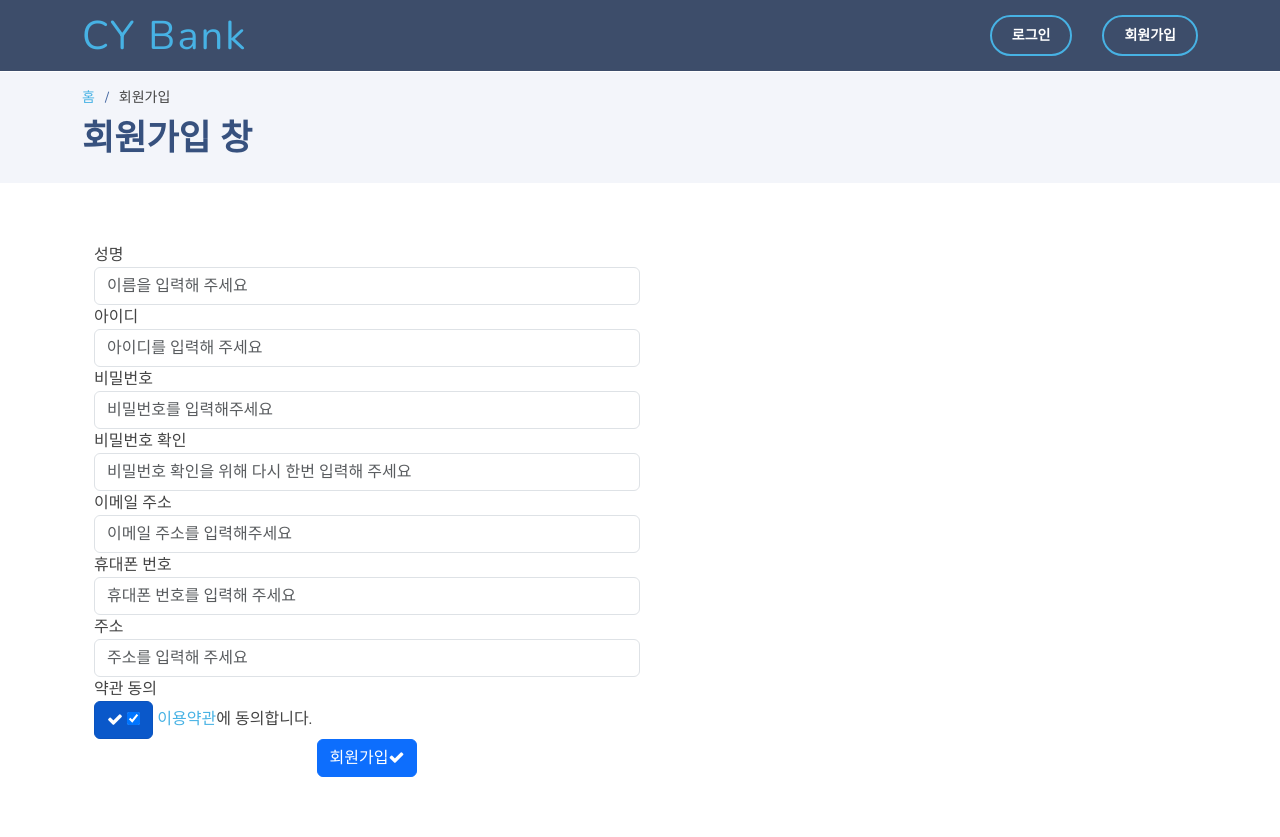
Repository: scy0814/Spring
Page: http://localhost/CYBank/jsp/login/SignUp.jsp
The author's editor kept a copy of each file at every save. The page is drawn from the files as they stood at one save, then again after the next save.
The browser window is 1280 px wide. The pictures show the whole page.
Some web libraries are served in a nearby version. The page is served by Tomcat 9. Other server files are loaded and not shown.

Above is the page before, as saved 2023-07-02 02:01:51.

### CYBank/src/main/webapp/jsp/login/SignUp.jsp
<%@ page language="java" contentType="text/html; charset=UTF-8" pageEncoding="UTF-8"%>
<!DOCTYPE html>
<html lang="en">
<head>
    <meta charset="utf-8">
    <meta http-equiv="X-UA-Compatible" content="IE=edge">
    <meta name="viewport" content="width=device-width, initial-scale=1">
    <title>회원가입</title>
    <!-- Bootstrap -->
    <link href="../plugin/bootstrap/css/bootstrap.min.css" rel="stylesheet">
    <!-- font awesome -->
    <link href="//netdna.bootstrapcdn.com/font-awesome/4.0.3/css/font-awesome.css" rel="stylesheet">
    <!-- Custom style -->
    <link rel="stylesheet" href="../plugin/bootstrap/css/style.css" media="screen" title="no title" charset="utf-8">

    <!-- HTML5 shim and Respond.js for IE8 support of HTML5 elements and media queries -->
    <!-- WARNING: Respond.js doesn't work if you view the page via file:// -->
    <!--[if lt IE 9]>
    <script src="https://oss.maxcdn.com/html5shiv/3.7.2/html5shiv.min.js"></script>
    <script src="https://oss.maxcdn.com/respond/1.4.2/respond.min.js"></script>
    <![endif]-->
    <!-- jQuery (necessary for Bootstrap's JavaScript plugins) -->
    <script src="https://ajax.googleapis.com/ajax/libs/jquery/1.11.3/jquery.min.js"></script>
    <!-- Include all compiled plugins (below), or include individual files as needed -->
    <script src="../plugin/bootstrap/js/bootstrap.min.js"></script>
</head>
<header>
    <jsp:include page="/jsp/include/header.jsp" />
</header>
<body>
<section id="breadcrumbs" class="breadcrumbs">
    <div class="container">
        <ol>
            <li><a href="/index.jsp">홈</a></li>
            <li>회원가입</li>
        </ol>
        <h2 style="font-size: 35px;">회원가입 창</h2>
    </div>
</section><!-- End Breadcrumbs -->
<section class="inner-page">
    <div class="container">
        <article class="container">
            <div class="page-header">
            </div>
            <div class="col-sm-6 col-md-offset-3">
                <form role="form" action="${pageContext.request.contextPath }/SignUpProcess.do" method="post" >
                    <div class="form-group">
                        <label for="inputName">성명</label>
                        <input type="text" class="form-control" id="inputName" name="name" placeholder="이름을 입력해 주세요">
                    </div>
                    <div class="form-group">
                        <label for="inputId">아이디</label>
                        <input type="text" class="form-control" id="inputId" name="id" placeholder="아이디를 입력해 주세요">
                    </div>
                    <div class="form-group">
                        <label for="inputPassword">비밀번호</label>
                        <input type="password" class="form-control" id="inputPassword" name="password" placeholder="비밀번호를 입력해주세요">
                    </div>
                    <div class="form-group">
                        <label for="inputPasswordCheck">비밀번호 확인</label>
                        <input type="password" class="form-control" id="inputPasswordCheck" name="password2" placeholder="비밀번호 확인을 위해 다시 한번 입력해 주세요">
                    </div>
                    <div class="form-group">
                        <label for="InputEmail">이메일 주소</label>
                        <input type="email" class="form-control" id="InputEmail" name="email" placeholder="이메일 주소를 입력해주세요">
                    </div>
                    <div class="form-group">
                        <label for="inputMobile">휴대폰 번호</label>
                        <input type="tel" class="form-control" id="inputMobile" name="phoneNo" placeholder="휴대폰 번호를 입력해 주세요">
                    </div>
                    <div class="form-group">
                        <label for="inputtelNO">주소</label>
                        <input type="tel" class="form-control" id="inputtelNO" name="address" placeholder="주소를 입력해 주세요">
                    </div>

                    <div class="form-group">
                        <label>약관 동의</label>
                        <div data-toggle="buttons">
                            <label class="btn btn-primary active">
                                <span class="fa fa-check"></span>
                                <input id="agree" type="checkbox" autocomplete="off" checked>
                            </label>
                            <a href="#">이용약관</a>에 동의합니다.
                        </div>
                    </div>

                    <div class="form-group text-center">
                        <button type="submit" id="join-submit" class="btn btn-primary">
                            회원가입<i class="fa fa-check spaceLeft"></i>
                        </button>
                    </div>
                </form>
            </div>
        </article>
    </div>
</section>
</body>
</html>

### CYBank/src/main/webapp/jsp/include/header.jsp
<%@ page language="java" contentType="text/html; charset=UTF-8"
    pageEncoding="UTF-8"%>
    <%@ taglib prefix="c" uri="http://java.sun.com/jsp/jstl/core"%>
<!DOCTYPE html>
<html>
<head>
<meta charset="UTF-8">
 <!-- Favicons -->
  <link href="assets/img/favicon.png" rel="icon">
  <link href="assets/img/apple-touch-icon.png" rel="apple-touch-icon">


  <!-- Google Fonts -->
  <link href="https://fonts.googleapis.com/css?family=Open+Sans:300,300i,400,400i,600,600i,700,700i|Nunito:300,300i,400,400i,600,600i,700,700i|Poppins:300,300i,400,400i,500,500i,600,600i,700,700i" rel="stylesheet">

  <!-- Vendor CSS Files -->
  <link href="/CYBank/css/vendor/aos/aos.css" rel="stylesheet">
  <link href="/CYBank/css/vendor/bootstrap/css/bootstrap.min.css" rel="stylesheet">
  <link href="/CYBank/css/vendor/bootstrap-icons/bootstrap-icons.css" rel="stylesheet">
  <link href="/CYBank/css/vendor/glightbox/css/glightbox.min.css" rel="stylesheet">
  <link href="/CYBank/css/vendor/remixicon/remixicon.css" rel="stylesheet">
  <link href="/CYBank/css/vendor/swiper/swiper-bundle.min.css" rel="stylesheet">

  <!-- Template Main CSS File -->
  <link href="/CYBank/css/css/style.css" rel="stylesheet">
  <style>
  .fixed-top {
    position: fixed;
    z-index: 1030;
    background: #283a5ae6;
    top: 0;
    right: 0;
    left: 0;
}
  </style>

<title>Insert title here</title>
</head>
<body>
<!-- ======= Header ======= -->
  <header id="header" class="header fixed-top">
    <div class="container-fluid container-xl d-flex align-items-center justify-content-between">

      <a href="index.jsp" class="logo d-flex align-items-center">
        <span class="cybank">CY Bank</span>
      </a>
		<c:set var="isLogin" value="${empty user }" />
      <nav id="navbar" class="navbar">
        <ul>
        <c:if test="${not empty user && user.id ne 'admin'}">
          <li><a class="nav-link scrollto active" href="index.jsp">홈</a></li>
          <li><a class="nav-link scrollto" href="${pageContext.request.contextPath }/noticeList.do">공지사항</a></li>
          <li><a class="nav-link scrollto" href="#about">오픈뱅킹</a></li>
           <li class="dropdown"><a href="${pageContext.request.contextPath }/account.do"><span>계좌</span> <i class="bi bi-chevron-down"></i></a>
            <ul>
              <li><a href="${pageContext.request.contextPath}/account.do">나의 계좌</a></li>
              <li><a href="${pageContext.request.contextPath}/createAccount.do">계좌 개설</a></li>
              <li><a href="${pageContext.request.contextPath}/transactionHistory.do">입출금 내역</a></li>
              <li><a href="${pageContext.request.contextPath}/closeAccount.do">계좌 해지</a></li>
            </ul>
          </li>
          <li><a class="nav-link scrollto" href="${pageContext.request.contextPath }/myPage.do">마이페이지</a></li>
          <li><a class="nav-link scrollto" href="${pageContext.request.contextPath }/customerCenter.do">고객센터</a></li>
          <li><a class="nav-link scrollto" href="${pageContext.request.contextPath }/logout.do">로그아웃</a></li>
          </c:if>

		<c:if test="${user.id eq 'admin'}">
		<li class="dropdown"><a href="${pageContext.request.contextPath }/account.do"><span>상품관리</span> <i class="bi bi-chevron-down"></i></a>
            <ul>
              <li><a href="${pageContext.request.contextPath}/account.do">상품등록</a></li>
              <li><a href="${pageContext.request.contextPath}/createAccount.do">상품수정</a></li>
              <li><a href="${pageContext.request.contextPath}/transactionHistory.do">상품삭제</a></li>
            </ul>
          </li>
          <li class="dropdown"><a href="${pageContext.request.contextPath }/account.do"><span>회원관리</span> <i class="bi bi-chevron-down"></i></a>
            <ul>
              <li><a href="${pageContext.request.contextPath}/account.do">회원리스트</a></li>
              <li><a href="${pageContext.request.contextPath}/transactionHistory.do">휴면계좌관리</a></li>
            </ul>
          <li><a class="nav-link scrollto" href="${pageContext.request.contextPath }/noticeList.do">공지사항</a></li>
          <li><a class="nav-link scrollto" href="${pageContext.request.contextPath }/customerCenter.do">고객센터</a></li>
          <li><a class="nav-link scrollto" href="${pageContext.request.contextPath }/logout.do">로그아웃</a></li>
		</c:if>
		<c:if test="${empty user}">
          <li><a class="getstarted scrollto" href="${pageContext.request.contextPath }/login.do">로그인</a></li>
          <li><a class="getstarted scrollto" href="${pageContext.request.contextPath }/signUp.do">회원가입</a></li>
          </c:if>
        </ul>
        <i class="bi bi-list mobile-nav-toggle"></i>
      </nav><!-- .navbar -->

    </div>
  </header><!-- End Header -->
  <!-- Vendor JS Files -->
  <script src="/CYBank/css/vendor/purecounter/purecounter_vanilla.js"></script>
  <script src="/CYBank/css/vendor/aos/aos.js"></script>
  <script src="/CYBank/css/vendor/bootstrap/js/bootstrap.bundle.min.js"></script>
  <script src="/CYBank/css/vendor/glightbox/js/glightbox.min.js"></script>
  <script src="/CYBank/css/vendor/isotope-layout/isotope.pkgd.min.js"></script>
  <script src="/CYBank/css/vendor/swiper/swiper-bundle.min.js"></script>
  <script src="/CYBank/css/vendor/php-email-form/validate.js"></script>

  <!-- Template Main JS File -->
  <script src="/CYBank/css/js/main.js"></script>

</body>
</html>

Loaded but not shown: CYBank/src/main/webapp/css/js/main.js (258 lines, source omitted); CYBank/src/main/webapp/css/css/style.css (1830 lines, source omitted)

After the next save:
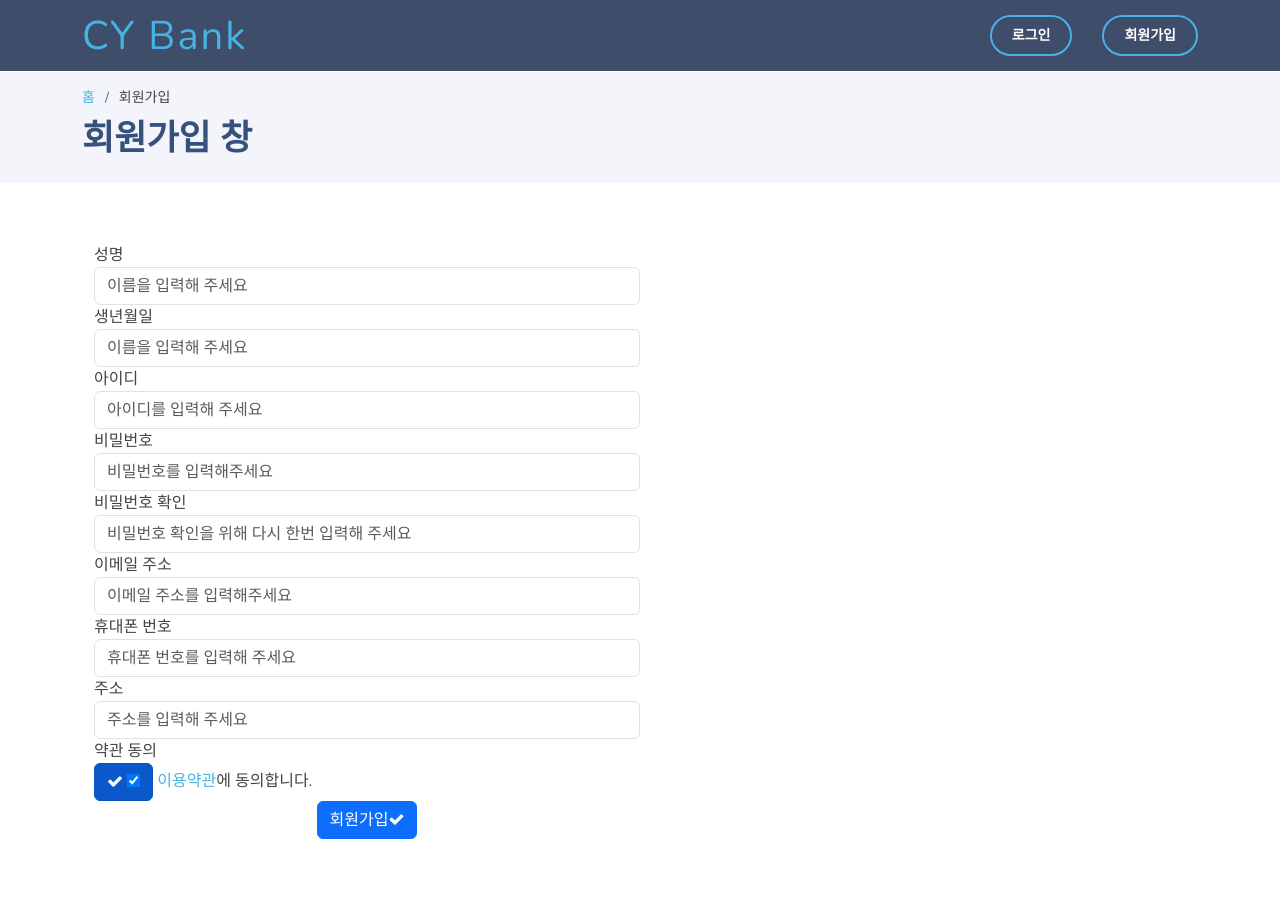
Saved 58 s later.
--- a/CYBank/src/main/webapp/jsp/login/SignUp.jsp
+++ b/CYBank/src/main/webapp/jsp/login/SignUp.jsp
@@ -49,6 +49,10 @@
                         <input type="text" class="form-control" id="inputName" name="name" placeholder="이름을 입력해 주세요">
                     </div>
                     <div class="form-group">
+                        <label for="inputName">생년월일</label>
+                        <input type="text" class="form-control" id="inputName" name="name" placeholder="이름을 입력해 주세요">
+                    </div>
+                    <div class="form-group">
                         <label for="inputId">아이디</label>
                         <input type="text" class="form-control" id="inputId" name="id" placeholder="아이디를 입력해 주세요">
                     </div>
